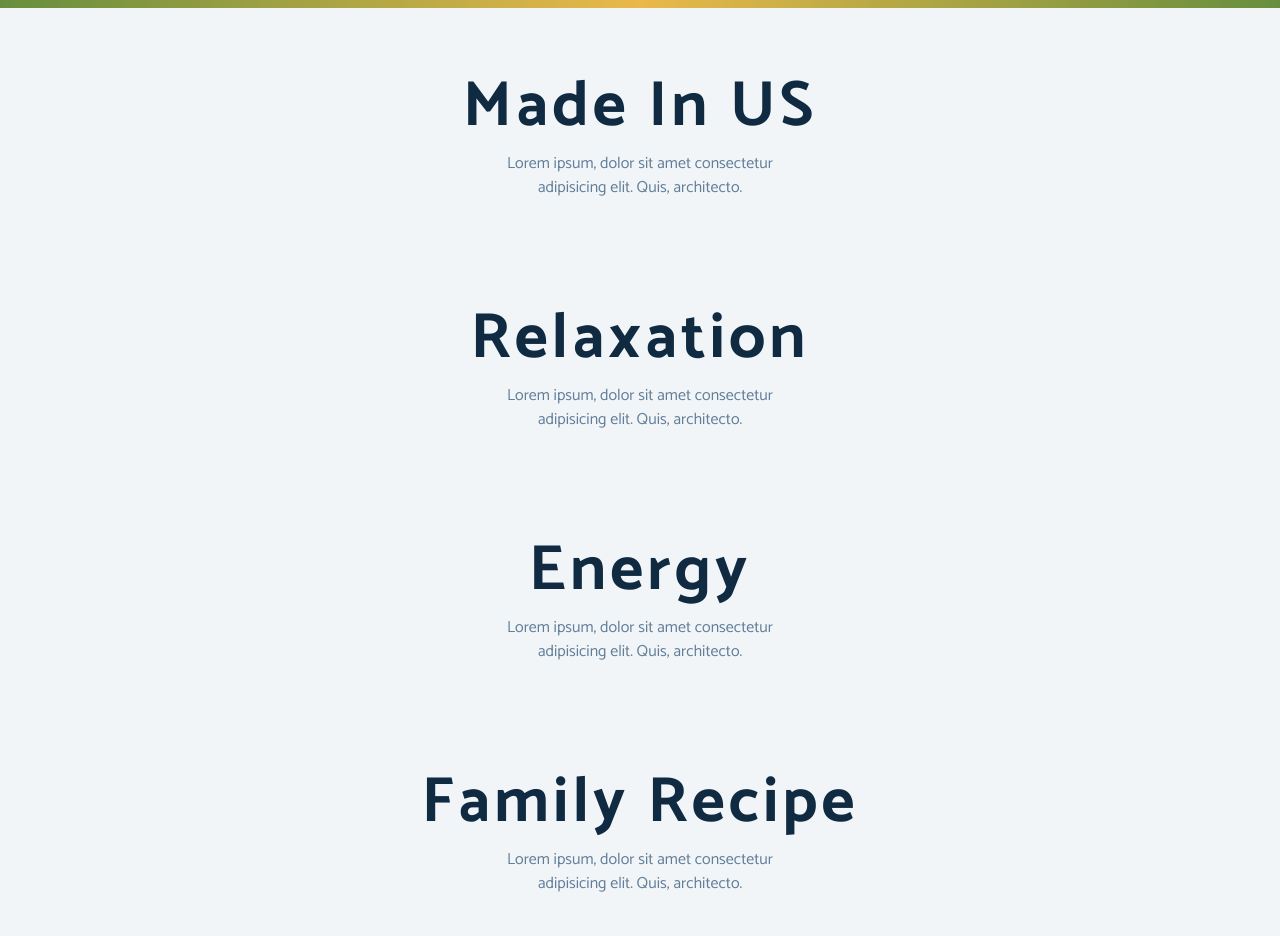
Repository: waniArif/tea-project
Page: index.html
The author's editor kept a copy of each file at every save. The page is drawn from the files as they stood at one save, then again after the next save.
The browser window is 1280 px wide. The pictures show the part of the page from y = 720 to 1656 px (the page is 1656 px tall before and 1192 px after).
Some icons come from a web library that is not loaded, so they are not drawn. Backgrounds fixed to the window are drawn as part of the page. Some web fonts or font styles are not loaded; a fallback is used.

Above is the page before, as saved 2021-07-04 15:21:23.
Console error: TypeError: Cannot read properties of null (reading 'addEventListener')

### index.html
<!DOCTYPE html>
<html lang="en">
  <head>
    <meta charset="UTF-8" />
    <meta name="viewport" content="width=device-width, initial-scale=1.0" />
    <meta http-equiv="X-UA-Compatible" content="ie=edge" />
    <title>Tea Station || Home</title>
    <!-- font-awesome -->
    <link
      rel="stylesheet"
      href="./fontawesome-free-5.12.1-web/css/all.min.css"
    />
    <!-- custom css -->
    <link rel="stylesheet" href="./css/styles.css" />
  </head>
  <body>
    <!-- navbar here -->
    <!-- header here -->

    <header class="header">
      <div class="banner">
        <h2>Over one hundred flavours</h2>
        <h1>
          Wani's<br />
          Crafted tea
        </h1>
        <a href="skills.html" class="btn banner-btn">explore</a>
      </div>
    </header>
    <!-- header ends here -->
    <div class="content-divider"></div>
    <!-- skills section -->

    <section class="skills clearfix">
      <!-- single skill -->
      <article class="skill">
        <span class="skill-icon">
          <i class="fas fa-mug-hot"></i>
        </span>
        <h4 class="skill-title">made in US</h4>
        <p class="skill-text">
          Lorem ipsum, dolor sit amet consectetur adipisicing elit. Quis,
          architecto.
        </p>
      </article>
      <!-- end of a single skill -->
      <!-- single skill -->
      <article class="skill">
        <span class="skill-icon">
          <i class="fas fa-glass-cheers"></i>
        </span>
        <h4 class="skill-title">relaxation</h4>
        <p class="skill-text">
          Lorem ipsum, dolor sit amet consectetur adipisicing elit. Quis,
          architecto.
        </p>
      </article>
      <!-- end of a single skill -->
      <!-- single skill -->
      <article class="skill">
        <span class="skill-icon">
          <i class="fas fa-bomb"></i>
        </span>
        <h4 class="skill-title">Energy</h4>
        <p class="skill-text">
          Lorem ipsum, dolor sit amet consectetur adipisicing elit. Quis,
          architecto.
        </p>
      </article>
      <!-- end of a single skill -->
      <!-- single skill -->
      <article class="skill">
        <span class="skill-icon">
          <i class="fas fa-mortar-pestle"></i>
        </span>
        <h4 class="skill-title">family recipe</h4>
        <p class="skill-text">
          Lorem ipsum, dolor sit amet consectetur adipisicing elit. Quis,
          architecto.
        </p>
      </article>
      <!-- end of a single skill -->
    </section>
    <!--  end of skills section -->

    <script src="app.js"></script>
  </body>
</html>

### css/styles.css
/*
===================
Fonts
===================
*/

@import url("https://fonts.googleapis.com/css?family=Catamaran:400,700|Grand+Hotel");

/*
===================
Variables
===================
*/

:root {
  --clr-primary: #678e3e;
  --clr-primarylight: #beed8c;
  --clr-grey-1: #102a42;
  --clr-grey-5: #617d98;
  --clr-grey-10: #f1f5f8;
  --clr-white: #fff;
  --ff-primary: "Catamaran", sans-serif;
  --ff-secondary: "Grand Hotel", cursive;
  --transition: all 0.3 linear;
  --spacing: 0.25rem;
  --radius: 0.5rem;
}

* {
  margin: 0;
  padding: 0;
  box-sizing: border-box;
}

body {
  font-family: var(--ff-primary);
  background: var(--clr-white);
  color: var(--clr-grey-1);
  line-height: 1.5rem;
  font-size: 0.875rem;
}

a {
  text-decoration: none;
}

img {
  width: 100%;
  display: block;
}

h1,
h2,
h3,
h4 {
  letter-spacing: var(--spacing);
  text-transform: capitalize;
  line-height: 1.25;
  margin-bottom: 0.75rem;
}

h1 {
  font-size: 3rem;
}

h2 {
  font-size: 2rem;
}

h3 {
  font-size: 1.5rem;
}

h4 {
  font-size: 0.875rem;
}

p {
  margin-bottom: 1.25rem;
}

@media screen and (min-width: 800px) {
  h1 {
    font-size: 4rem;
  }
  h2 {
    font-size: 2.5rem;
  }
  h3 {
    font-size: 2rem;
  }
  h4 {
    font-size: 4rem;
  }
  body {
    font-size: 1rem;
  }
  h1,
  h2,
  h3,
  h4 {
    line-height: 1;
  }
}

/* more global css */

.btn {
  text-transform: uppercase;
  background: var(--clr-primary);
  color: var(--clr-white);
  padding: 0.75rem 1rem;
  letter-spacing: var(--spacing);
  display: inline-block;
  font-weight: 700;
  transition: var(--transition);
  font-size: 1rem;
  border: none;
  cursor: pointer;
  box-shadow: 0 1px 3px rgba(0, 0, 0, 0.2);
}
.btn:hover {
  color: var(--clr-primary);
  background: var(--clr-primarylight);
}

/*
===================
Header
===================
*/

.header {
  min-height: 100vh;
  background: linear-gradient(rgba(0, 0, 0, 0.6), rgba(0, 0, 0, 0.6)),
    url("../images/main-bcg.jpeg") center/cover no-repeat fixed;

  position: relative;
  /* animation */
  overflow-x: hidden;
}

.banner {
  text-align: center;
  position: absolute;
  top: 50%;
  left: 50%;
  transform: translate(-50%, -50%);
}
.banner h2 {
  font-family: var(--ff-secondary);
  color: var(--clr-primary);
  /* animation */
}
.banner h1 {
  text-transform: uppercase;
  color: var(--clr-white);
  margin-top: 1.25rem;
  margin-bottom: 2rem;
  /* animation */
}
.banner-btn {
  outline: 0.125rem solid var(--clr-primary);
  outline-offset: 0.25rem;
  font-size: 1.25rem;
  padding: 1rem 1.75rem;
}

/* content-divider */

.content-divider {
  height: 0.5rem;
  background: linear-gradient(
    to left,
    var(--clr-primary),
    #e9b949,
    var(--clr-primary)
  );
}

/*
===================
Skills
===================
*/

.skills {
  background: var(--clr-grey-10);
}
.skill {
  padding: 2.5rem 0;
  text-align: center;
  transition: var(--transition);
}

.skill-icon {
  font-size: 2.5rem;
  margin-bottom: 1.25rem;
  transition: var(--transition);
  display: inline-block;
  color: var(--clr-primary);
}

.skill-text {
  color: var(--clr-grey-5);
  max-width: 17rem;
  margin: 0 auto;
}

.skill:hover {
  background: var(--clr-white);
  box-shadow: 0 2px var(--clr-primary);
}

.skill:hover .skill-icon {
  transform: translateY(-5px);
}

Loaded but not shown: app.js (common file)

After the next save:
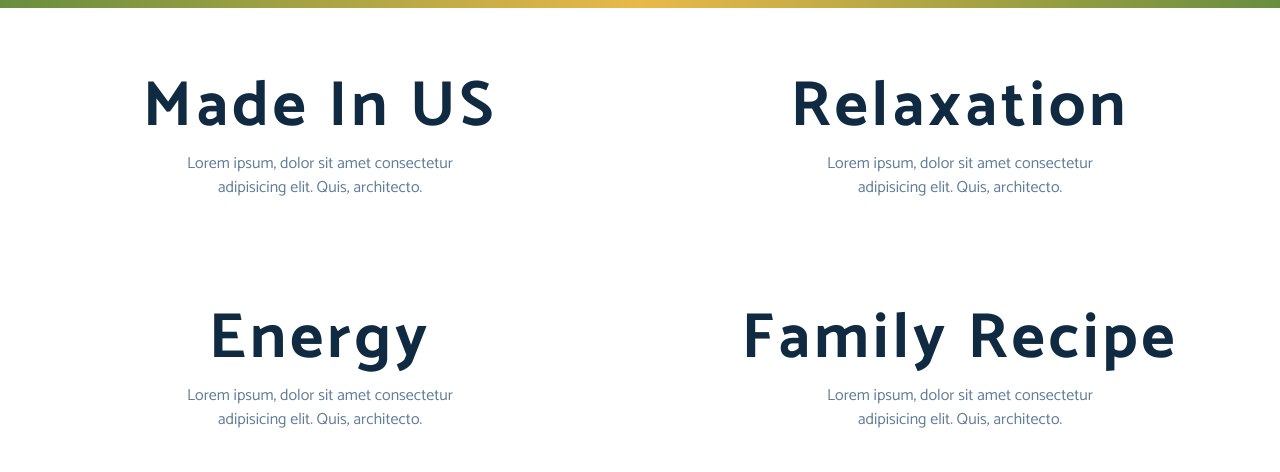
Saved 69 min 56 s later.
--- a/css/styles.css
+++ b/css/styles.css
@@ -215,3 +215,9 @@ Skills
 .skill:hover .skill-icon {
   transform: translateY(-5px);
 }
+@media screen and (min-width: 576px) {
+  .skill {
+    float: left;
+    width: 50%;
+  }
+}
